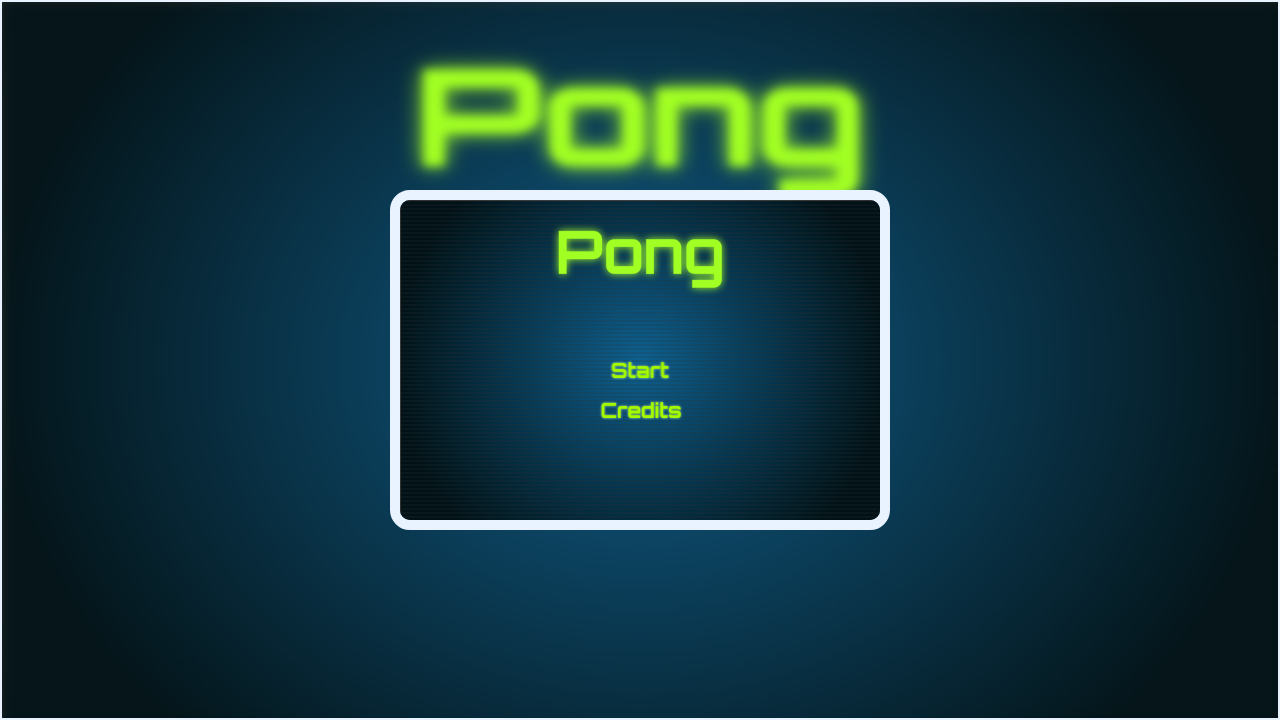
Repository: nourHellani/PongGame
Page: index.html
The author's editor kept a copy of each file at every save. The page is drawn from the files as they stood at one save, then again after the next save.
The browser window is 1280 px wide. The pictures show the whole page.

Above is the page before, as saved 2023-02-03 16:55:47.

### index.html

<!DOCTYPE html>
<html>

<head>

	<title>Pong Game</title>
	<link rel="stylesheet" href="style.css" />

</head>

<body onload="Main();">

	<canvas id="Pong" width="480" height="320"></canvas>
	<script src="easel.js"></script>
	<script src="Tween.js"></script>
	<script src="sound.js"></script>
	<script src="Main.js"></script>
	<script src="https://code.jquery.com/jquery-3.5.1.min.js"></script>

</body>

</html>

### style.css
html {
    scroll-behavior: smooth;
}

body {
    margin: 0;
    padding: 0;
    box-sizing: border-box;
    border: 2px solid #e9f2ff;
    background: url("assets/png/main.png") no-repeat center center;
    background-size: 100% 100%;
    backdrop-filter: blur(5px);
    width: 100%;
    height: 100vh;
}
canvas {
    position: absolute;
    top: 0;
    left: 0;
    bottom: 0;
    right: 0;
    margin: auto;
    border: 10px solid #e9f2ff;
    border-radius: 20px;
}
@media screen and (min-width: 500px) and (max-width: 700px) and (orientation: portrait) {
    html {
      transform: rotate(-90deg);
      transform-origin: left top;
      width: 100vh;
      overflow-x: hidden;
      position: absolute;
      top: 100%;
      left: 0;
    }
  }

### sound.js
/**
* EaselJS
* Visit http://easeljs.com/ for documentation, updates and examples.
*
* Copyright (c) 2011 Grant Skinner
*
* Permission is hereby granted, free of charge, to any person
* obtaining a copy of this software and associated documentation
* files (the "Software"), to deal in the Software without
* restriction, including without limitation the rights to use,
* copy, modify, merge, publish, distribute, sublicense, and/or sell
* copies of the Software, and to permit persons to whom the
* Software is furnished to do so, subject to the following
* conditions:
*
* The above copyright notice and this permission notice shall be
* included in all copies or substantial portions of the Software.
*
* THE SOFTWARE IS PROVIDED "AS IS", WITHOUT WARRANTY OF ANY KIND,
* EXPRESS OR IMPLIED, INCLUDING BUT NOT LIMITED TO THE WARRANTIES
* OF MERCHANTABILITY, FITNESS FOR A PARTICULAR PURPOSE AND
* NONINFRINGEMENT. IN NO EVENT SHALL THE AUTHORS OR COPYRIGHT
* HOLDERS BE LIABLE FOR ANY CLAIM, DAMAGES OR OTHER LIABILITY,
* WHETHER IN AN ACTION OF CONTRACT, TORT OR OTHERWISE, ARISING
* FROM, OUT OF OR IN CONNECTION WITH THE SOFTWARE OR THE USE OR
* OTHER DEALINGS IN THE SOFTWARE.
**/
(function(m){function a(){throw"SoundJS cannot be instantiated";}function n(a,d){this.instances=[];this.name=a;this.src=d;this.loaded=this.canPlay=false;this.length=0}a.AUDIO_TIMEOUT=8E3;a.INTERRUPT_ANY=1;a.INTERRUPT_EARLY=2;a.INTERRUPT_LATE=3;a.INTERRUPT_NONE=4;a.onProgress=null;a.onSoundTimeout=null;a.onSoundLoadError=null;a.onSoundLoadComplete=null;a.onLoadQueueComplete=null;a.onSoundComplete=null;a.soundHash=[];a.loadQueue=[];a.itemsToLoad=0;a.instanceCount=0;a.INST_MAX=35;a.FT=0.0010;a.AUDIO_ERROR=
"error";a.AUDIO_PROGRESS="progress";a.AUDIO_COMPLETE="canplaythrough";a.AUDIO_ENDED="ended";a.AUDIO_STALLED="stalled";a._master=1;a._currentLoad=0;a.add=function(b,d,c){a.loadQueue.push({name:b,src:d,instances:c});a.loadQueue.length==1?(a.itemsToLoad=1,a.loadNext()):a.itemsToLoad++};a.addBatch=function(b){for(var d=b.length;b.length;)a.loadQueue.push(b.shift());a.loadQueue.length==d?(a.loadNext(),a.itemsToLoad=d):a.itemsToLoad++};a.play=function(b,d,c,e,f){if(b==null||a.soundHash[b]==null||a.soundHash[b].length==
0||d!=a.INTERRUPT_ANY&&d!=a.INTERRUPT_EARLY&&d!=a.INTERRUPT_LATE&&d!=a.INTERRUPT_NONE&&d!=null)return NaN;if(d==null)d=a.INTERRUPT_NONE;e==null&&(e=false);f||(f=0);c==null||c>1?c=1:c<0&&(c=0);if(f>0)setTimeout(function(){a.beginPlaying(b,d,c,e)},f);else return a.beginPlaying(b,d,c,e);return-1};a.getMasterVolume=function(){return a._master};a.setMasterVolume=function(b){if(Number(b)!=null){b<0?b=0:b>1&&(b=1);var d,c,e;d=a._master;a._master=b;if(a._master!=d)for(e in a.soundHash){c=a.soundHash[e];d=
c.length;for(b=0;b<d;b++)c[b].volume=c[b].storedVolume*a._master}}};a.remove=function(b,d){var c,e,f;if(b==null)for(c in a.soundHash){f=a.soundHash[c];e=f.length;do a.stop(c,e-1),f[e-1].currentSrc="",document.body.removeChild(f[e-1]),f.pop(),e=f.length,a.instanceCount--;while(e)}else{f=a.soundHash[b];if(f==null)return false;e=f.length;if(d==null){do a.stop(b,e-1),f[e-1].currentSrc="",document.body.removeChild(f[e-1]),f.pop(),e=f.length,a.instanceCount--;while(e)}else{if(d<=0||e<=0)return false;e--;
for(c=0;c<=e&&c<d;c++)a.stop(b,e-c),f[e-c].currentSrc="",document.body.removeChild(f[e-c]),f.pop(),a.instanceCount--}}return true};a.setVolume=function(b,d,c){var e,f;if(b==null)return false;b*=a._master;if(d==null)for(f in a.soundHash){e=a.soundHash[f];d=e.length;for(c=0;c<d;c++)e[c].storedVolume=b,e[c].volume=b}else{e=a.soundHash[d];if(e==null)return false;d=e.length;if(c==null)for(c=0;c<d;c++)e[c].storedVolume=b,e[c].volume=b;else{if(d<=c)return false;e[c].storedVolume=b;e[c].volume=b}}return true};
a.getVolume=function(b,d){var c=a.soundHash[b];return c==null||c.length==0?-1:d==null?c[1].storedVolume:c.length<d?-1:c[d].storedVolume};a.setMute=function(b,d,c){var e,f;if(b==null)return false;if(d==null)for(f in a.soundHash){e=a.soundHash[f];d=e.length;for(c=0;c<d;c++)e[c].muted=b}else{e=a.soundHash[d];if(e==null)return false;d=e.length;if(c==null)for(c=0;c<d;c++)e[c].muted=b;else{if(d<=c)return false;e[c].muted=b}}return true};a.pause=function(b,d){var c,e,f,g;if(b==null)for(g in a.soundHash){f=
a.soundHash[g];e=f.length;for(c=0;c<e;c++)f[c].pause()}else{f=a.soundHash[b];if(f==null)return false;e=f.length;if(d==null)for(c=0;c<e;c++)f[c].pause();else{if(e<=d)return false;f[d].pause()}}return true};a.resume=function(b,d){var c,e,f,g;if(b==null)for(g in a.soundHash){e=a.soundHash[g].length;for(c=0;c<e;c++)f=a.soundHash[g][c],(f.loop||f.currentTime!=f.duration&&f.currentTime!=0)&&f.play()}else{if(a.soundHash[b]==null)return false;e=a.soundHash[b].length;if(d==null)for(c=0;c<e;c++)f=a.soundHash[b][c],
(f.loop||f.currentTime!=f.duration&&f.currentTime!=0)&&f.play();else{if(e<=d)return false;f=a.soundHash[b][d];(f.loop||f.currentTime!=f.duration&&f.currentTime!=0)&&f.play()}}return true};a.stop=function(b,d){var c,e,f,g;if(b==null)for(g in a.soundHash){e=a.soundHash[g].length;for(c=0;c<e;c++){f=a.soundHash[g][c];try{f.currentTime=0}catch(h){}f.pause()}}else{if(a.soundHash[b]==null)return false;e=a.soundHash[b].length;if(d==null)for(c=0;c<e;c++)f=a.soundHash[b][c],f.currentTime=0,f.pause();else{if(e<=
d)return false;f=a.soundHash[b][d];f.currentTime=0;f.pause()}}return true};a.isLoaded=function(b){var d=true,c;if(b==null)for(c in a.soundHash){if(d=d&&a.soundHash[c]&&a.soundHash[c][0]&&a.soundHash[c][0].loaded,!d)break}else return a.soundHash[b]&&a.soundHash[b][0]&&a.soundHash[b][0].loaded;return d};a.getNumInstances=function(b){return b==null?instanceCount:a.soundHash[b]?a.soundHash[b].length:-1};a.getMaxInstances=function(){return a.INST_MAX};a.getCurrentLoadProgress=function(){return(a.itemsToLoad-
a.loadQueue.length-(1-a._currentLoad))/a.itemsToLoad};a.getInstance=function(b,d){return b==null||d<0||!a.soundHash[b]||!a.soundHash[b][d]?null:a.soundHash[b][d]};a.beginPlaying=function(b,d,c,e){var f,g,h,i=false,j=a.soundHash[b];if(!j[0].loaded)throw Error("Audio is not loaded. The source(s) are either not found, or the correct audio formats are not provided.");for(var k=j.length,b=0;b<k;b++){h=j[b];g==null&&d!=a.INTERRUPT_ANY&&d!=a.INTERRUPT_NONE&&(g=h,f=b);if(h.currentTime>=h.duration-a.FT&&!h.loop||
h.currentTime==0&&h.paused)i=true,k=b;else if(d==a.INTERRUPT_EARLY&&h.currentTime<g.currentTime||d==a.INTERRUPT_LATE&&h.currentTime>g.currentTime)i=true;i&&(g=h,f=b)}d==a.INTERRUPT_ANY&&!g&&(g=j[0],f=0);return g?(g.loop=e,g.storedVolume=c,g.volume=c*a._master,g.currentTime=0,g.paused&&g.play(),f):-1};a.loadNext=function(){if(a.loadQueue.length<=0){if(a.onLoadQueueComplete)a.onLoadQueueComplete()}else{var b=a.loadQueue.shift(),d=b.instances||1,c=b.name,b=b.src,e=a.soundHash[c];if(e==null)e=a.soundHash[c]=
[];else if(e.length)b=e[0].src;for(var f=e=e.length,d=e+d;f<d;f++){var g=document.createElement("audio");if(f==e)g.timeoutId=setTimeout(function(){a.handleAudioTimeout(g)},a.AUDIO_TIMEOUT),g.addEventListener(a.AUDIO_COMPLETE,a.handleAudioComplete,false),g.addEventListener(a.AUDIO_PROGRESS,a.handleProgress,false),g.addEventListener(a.AUDIO_STALLED,a.handleAudioStall,false),g.addEventListener(a.AUDIO_ERROR,a.handleAudioError,false),g.loaded=false;g.addEventListener(a.AUDIO_ENDED,a.handleEnded,false);
g.setAttribute("id",c+"_"+f);g.setAttribute("preload","auto");var h;if(b instanceof Array)for(var i=0,j=b.length;i<j;i++){var k=g.appendChild(document.createElement("source"));h=a.getType(b[i]);k.setAttribute("type",h);k.setAttribute("src",b[i])}else h=a.getType(b),g.setAttribute("type",h),g.setAttribute("src",b);g.load();document.body.appendChild(g);a.soundHash[c].push(g);a.instanceCount++}}};a.getType=function(a){switch(a.slice(a.lastIndexOf(".")+1)){case "mp3":return"audio/mpeg";case "ogg":return"audio/ogg";
case "wav":return"audio/wav";default:throw"'"+a+"' is not a recognized audio file";}};a.handleEnded=function(){if(a.onSoundEnded){var b=this.id.split("_");a.onSoundEnded(this,b[0],b[1])}};a.handleAudioTimeout=function(b){if(a.onSoundTimeout){var d=b.id.split("_");a.onSoundTimeout(b,d[0],d[1])}a.loadNext()};a.handleProgress=function(){try{this.buffered.end()}catch(b){return}a._currentLoad=this.buffered.end()/this.duration;if(a.onProgress)a.onProgress(a.getCurrentLoadProgress())};a.handleAudioError=
function(){clearTimeout(this.timeoutId);if(a.onSoundLoadError){var b=this.id.split("_");a.onSoundLoadError(this,b[0],b[1])}a.loadNext()};a.handleAudioComplete=function(){var b=this.id.split("_");this.removeEventListener(a.AUDIO_COMPLETE,a.handleAudioComplete,false);clearTimeout(this.timeoutId);this.loaded=true;if(a.onSoundLoadComplete)a.onSoundLoadComplete(this,b[0],b[1]);a.loadNext()};a.handleAudioStall=function(a){setTimeout(function(){testAudioStall(a)},0)};a.testAudioStall=function(){var b=this.id.split("_");
if(!a.soundHash[b[0]][b[1]].loaded){if(a.onStall)a.onStall(this,b[0],b[1]);a.loadNext()}};m.SoundJS=a;var l=n.prototype;l.add=function(a){this.instances.push(a);this.length=this.instances.length;this.instances.length==1&&a.addEventListener("canplaythrough",function(){a.canplaythrough()})};l.remove=function(a){this.instances.splice(a,1);this.length=this.instances.length};l.canplaythrough=function(){this.loaded=true};m.SoundJSElement=n})(window);

### Main.js
let counter = 0;
let timeout;
let timer_on = 0;
/* Define Canvas */

var canvas;
var stage;

// Graphics
//[This variable stores the title background image]

var bgImg = new Image();
var bg;

//[Title View]
//These variables store its components.

var mainImg = new Image();
var main;
var startBImg = new Image();
var startB;
var creditsBImg = new Image();
var creditsB;

//[Title View Group]

var TitleView = new Container();

//[Credits]
//This view will show the credits, year and copyright of the game, these variables will be used to store it.

var creditsViewImg = new Image();
var credits;

//[Game View]
//The next variables store the individual graphics that appear in the Game View:

var playerImg = new Image();
var player;
var ballImg = new Image();
var ball;
var cpuImg = new Image();
var cpu;
var winImg = new Image();
var win;
var loseImg = new Image();
var lose;
var timeupImg = new Image();
var timeup;

//[Score]
//The score values will be handled by the next variables:

var playerScore;
var cpuScore;
var timer;
var time;

// Variables
var xSpeed = 5; //Horizontal speed of the ball
var ySpeed = 5; //Vertical speed of the ball
var gfxLoaded = 0; //used as a preloader, counts the already loaded items
var tkr = new Object(); //used as an event listener to the Ticker


// Main Function
//  // While resizing,
window.addEventListener("resize", () => {
  Resize();
});

function Main() {

  /* Link Canvas */
  canvas = document.getElementById("Pong");
  stage = new Stage(canvas);


  /* Sound */

  SoundJS.addBatch([
    { name: "hit", src: "assets/mp3/hit.mp3", instances: 1 }, // played when the ball hits a paddle
    { name: "playerScore", src: "assets/mp3/playerScore.mp3", instances: 1 }, //played when they player scores
    { name: "enemyScore", src: "assets/mp3/enemyScore.mp3", instances: 1 }, //played when the enemy scores
    { name: "wall", src: "assets/mp3/wall.mp3", instances: 1 }, //played when the ball hits the top or bottom boundary
  ]);

  /* Load GFX */

  bgImg.src = "assets/png/bg.png";
  bgImg.name = "bg";
  bgImg.onload = loadGfx;

  mainImg.src = "assets/png/main.png";
  mainImg.name = "main";
  mainImg.onload = loadGfx;

  startBImg.src = "assets/png/startB.png";
  startBImg.name = "startB";
  startBImg.onload = loadGfx;

  creditsBImg.src = "assets/png/creditsB.png";
  creditsBImg.name = "creditsB";
  creditsBImg.onload = loadGfx;

  creditsViewImg.src = "assets/png/credits.png";
  creditsViewImg.name = "credits";
  creditsViewImg.onload = loadGfx;

  playerImg.src = "assets/png/paddle.png";
  playerImg.name = "player";
  playerImg.onload = loadGfx;

  ballImg.src = "assets/png/ball.png";
  ballImg.name = "ball";
  ballImg.onload = loadGfx;

  cpuImg.src = "assets/png/paddle.png";
  cpuImg.name = "cpu";
  cpuImg.onload = loadGfx;

  winImg.src = "assets/png/win.png";
  winImg.name = "win";
  winImg.onload = loadGfx;

  loseImg.src = "assets/png/lose.png";
  loseImg.name = "lose";
  loseImg.onload = loadGfx;

  timeupImg.src = 'assets/png/timesUp.png';
	timeupImg.name = 'timeup';
	timeupImg.onload = loadGfx;

  /* Ticker */

  Ticker.setFPS(30);
  Ticker.addListener(stage);
}

//Every time a graphic is loaded this function will run.
//It will assign each image to a bitmap object and check
// thatall the elements are loaded before proceeding
function loadGfx(e) {
  if ((e.target.name = "bg")) {
    bg = new Bitmap(bgImg);
  }
  if ((e.target.name = "main")) {
    main = new Bitmap(mainImg);
  }
  if ((e.target.name = "startB")) {
    startB = new Bitmap(startBImg);
  }
  if ((e.target.name = "creditsB")) {
    creditsB = new Bitmap(creditsBImg);
  }
  if ((e.target.name = "credits")) {
    credits = new Bitmap(creditsViewImg);
  }
  if ((e.target.name = "player")) {
    player = new Bitmap(playerImg);
  }
  if ((e.target.name = "ball")) {
    ball = new Bitmap(ballImg);
  }
  if ((e.target.name = "cpu")) {
    cpu = new Bitmap(cpuImg);
  }
  if ((e.target.name = "win")) {
    win = new Bitmap(winImg);
  }
  if ((e.target.name = "lose")) {
    lose = new Bitmap(loseImg);
  }
  if((e.target.name = 'timeup')){
    timeup = new Bitmap(timeupImg);
  }

  gfxLoaded++;

  if (gfxLoaded == 11) {
    addTitleView();
  }
}

// Add Title View Function
//When all the graphics are loaded the Title View is added to the stage by the following function:

function addTitleView() {
  startB.x = 240 - 31.5;
  startB.y = 160;
  startB.name = "startB";

  creditsB.x = 241 - 42;
  creditsB.y = 200;

  TitleView.addChild(main, startB, creditsB);
  stage.addChild(bg, TitleView);
  stage.update();

  // Button Listeners

  startB.onPress = tweenTitleView;
  creditsB.onPress = showCredits;
}

//The Credits screen is shown when the user clicks the credits button;
// a mouse listener is added to the full image to remove it.
function showCredits() {
  // Show Credits

  credits.x = 480;

  stage.addChild(credits);
  stage.update();
  Tween.get(credits).to({ x: 0 }, 300);
  credits.onPress = hideCredits;
}

// Hide Credits

function hideCredits(e) {
  Tween.get(credits).to({ x: 480 }, 300).call(rmvCredits);
}

// Remove Credits

function rmvCredits() {
  stage.removeChild(credits);
}

// Tween Title View

function tweenTitleView() {
  // Start Game
  Tween.get(TitleView).to({ y: -320 }, 300).call(addGameView);
}

// Add Game View

function addGameView() {
  // Destroy Menu & Credits screen

  stage.removeChild(TitleView);
  TitleView = null;
  credits = null;

  // Add Game View

  player.x = 2;
  player.y = 160 - 37.5;
  cpu.x = 480 - 25;
  cpu.y = 160 - 37.5;
  ball.x = 240 - 15;
  ball.y = 160 - 15;

  // Score

  playerScore = new Text("0", "bold 20px Arial", "#A3FF24");
  playerScore.maxWidth = 1000; //fix for Chrome 17
  playerScore.x = 211;
  playerScore.y = 20;

  cpuScore = new Text("0", "bold 20px Arial", "#A3FF24");
  cpuScore.maxWidth = 1000; //fix for Chrome 17
  cpuScore.x = 262;
  cpuScore.y = 20;

  timer = new Text('Timer:', 'bold 20px Arial', '#A3FF24');
	timer.maxWidth = 1000;	//fix for Chrome 17
	timer.x = 50;
	timer.y = 20;

	time = new Text('60', 'bold 20px Arial', '#A3FF24');
	time.maxWidth = 1000;	//fix for Chrome 17
	time.x = 120;
	time.y = 20;

  stage.addChild(playerScore, cpuScore,timer,time, player, cpu, ball);
  stage.update();

  // Start Listener

  bg.onPress = startGame;
}

// Player Movement

function movePaddle(e) {
  // Mouse Movement
  player.y = e.stageY;
}

// Start Game Function

function startGame(e) {
  bg.onPress = null;
  stage.onMouseMove = movePaddle;

  Ticker.addListener(tkr, false);
  tkr.tick = update;
}

/* Reset */

function reset() {
  ball.x = 240 - 15;
  ball.y = 160 - 15;
  player.y = 160 - 37.5;
  cpu.y = 160 - 37.5;

  stage.onMouseMove = null;
  Ticker.removeListener(tkr);
  bg.onPress = startGame;
}

// Update Function

function update() {
  // Ball Movement

  ball.x = ball.x + xSpeed;
  ball.y = ball.y + ySpeed;

  // Cpu Movement

  if (cpu.y < ball.y) {
    cpu.y = cpu.y + 2.5;
  } else if (cpu.y > ball.y) {
    cpu.y = cpu.y - 2.5;
  }

  // Wall Collision

  if (ball.y < 0) {
    ySpeed = -ySpeed;
    SoundJS.play("wall");
  } //Up
  if (ball.y + 30 > 320) {
    ySpeed = -ySpeed;
    SoundJS.play("wall");
  } //down

  if (!timer_on) {
    timer_on = 1;
    timedCount();
  }
  /* CPU Score */

  if (ball.x < 0) {
    xSpeed = -xSpeed;
    cpuScore.text = parseInt(cpuScore.text + 1);
    reset();
    SoundJS.play("enemyScore");
  }

  /* Player Score */

  if (ball.x + 30 > 480) {
    xSpeed = -xSpeed;
    playerScore.text = parseInt(playerScore.text + 1);
    reset();
    SoundJS.play("playerScore");
  }

  /* Cpu collision */

  if (
    ball.x + 30 > cpu.x &&
    ball.x + 30 < cpu.x + 22 &&
    ball.y >= cpu.y &&
    ball.y < cpu.y + 75
  ) {
    xSpeed *= -1;
    SoundJS.play("hit");
  }

  /* Player collision */

  if (
    ball.x <= player.x + 22 &&
    ball.x > player.x &&
    ball.y >= player.y &&
    ball.y < player.y + 75
  ) {
    xSpeed *= -1;
    SoundJS.play("hit");
  }

  /* Stop Paddle from going out of canvas */

  if (player.y >= 249) {
    player.y = 249;
  }

  /* Check for Win */

  if (playerScore.text == "1") {
    alert("win");
    clearTimeout(timeout);
    parseInt(time.text)=60; 		//to avoid loop of timeout

    reset();
    timer_on = 0;
  }

  /* Check for Game Over */

  if (cpuScore.text == "1") {
    alert("lose");
    clearTimeout(timeout);
    parseInt(time.text)=60; 		//to avoid loop of timeout

    reset();
    timer_on = 0;
  }

  // if(!timer_on && (parseInt(playerScore.text) == "1" || parseInt(cpuScore.text) == "1")){
  //   alert("lose");

  // }
}
function timedCount() {

  if ( parseInt(time.text) > 0  ) {
    time.text = parseInt(time.text - 1);
  }

 else {

 clearTimeout(timeout);
 alert('timeup');

 parseInt(time.text)=60; 		//to avoid loop of timeout

 reset();
 timer_on = 0;


}

 timeout = setTimeout(timedCount, 1000);
}


function alert(e) {
  Ticker.removeListener(tkr);
  stage.onMouseMove = null;
  bg.onPress = null;

  if (e == "win") {
    win.x = 140;
    win.y = -90;

    stage.addChild(win);
    Tween.get(win).to({ y: 115 }, 300);
  }
  else if(e == 'timeup')
	{
		timeup.x = 140;
		timeup.y = -90;

		stage.addChild(timeup);
		Tween.get(timeup).to({y: 115}, 300);


	}
  else if(e == 'lose')
  {
    lose.x = 140;
    lose.y = -90;

    stage.addChild(lose);
    Tween.get(lose).to({ y: 115 }, 300);
  }
}
function Resize() {
  // The minimum window's width should be 620. If not, alert comes.
  if (window.innerWidth <= 480) {
      alert("Please Rotate Your Device.");
      canvas.height = window.innerHeight;
      canvas.width = window.innerWidth;
  } else {
      // Or the canvas width and height resets.
      canvas.width = 480;
      canvas.height = 320;
  }
}
// Plays the Resize function once to test if the user's window is perfectly matches.

Loaded but not shown: easel.js (library); Tween.js (420 lines, source omitted)

After the next save:
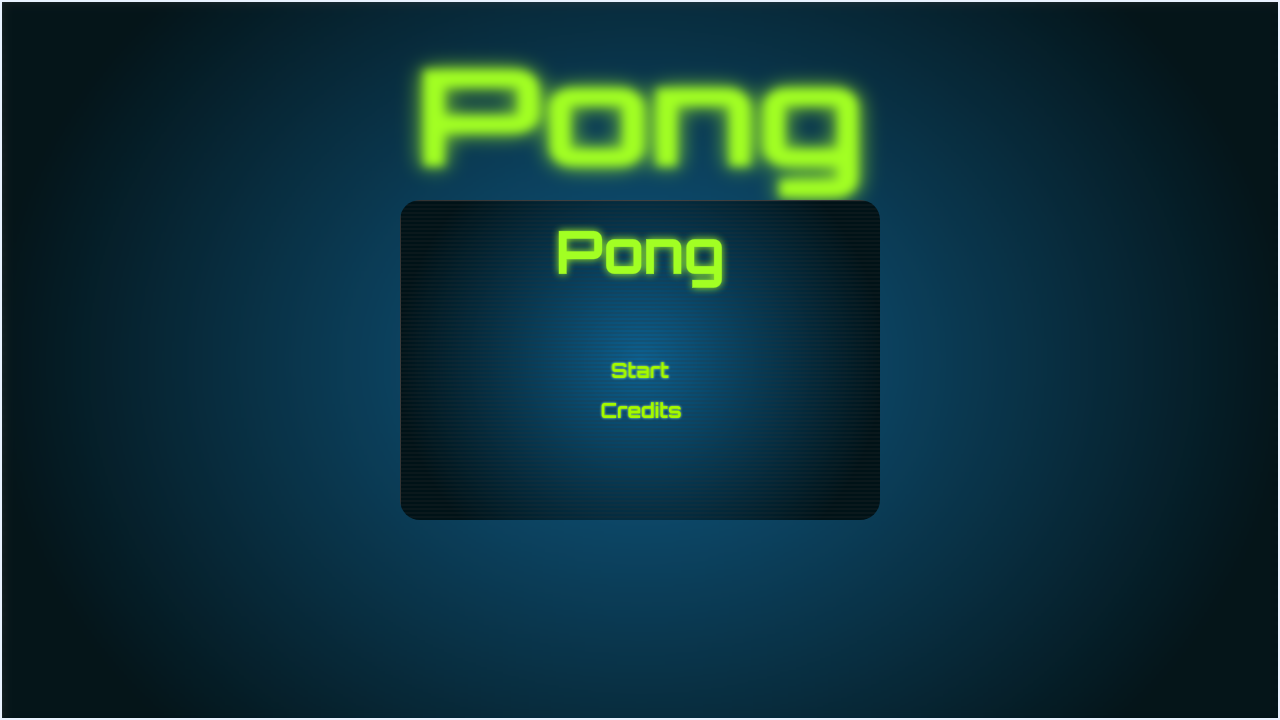
Saved 2 days later.
--- a/style.css
+++ b/style.css
@@ -20,7 +20,6 @@
     bottom: 0;
     right: 0;
     margin: auto;
-    border: 10px solid #e9f2ff;
     border-radius: 20px;
 }
 @media screen and (min-width: 500px) and (max-width: 700px) and (orientation: portrait) {
